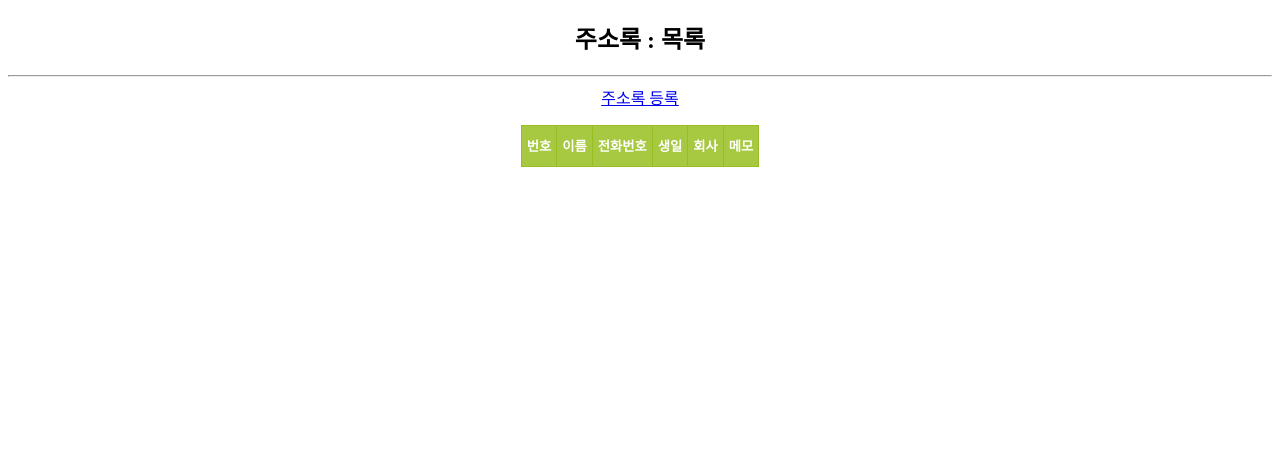
Repository: BeigeBear/TEST
Page: http://localhost/Addrbook/WebContents/addrbook_list.jsp
An editor plug-in stored every save of this project. The page is shown before and after the next save, followed by the edit.
The browser window is 1280 px wide. The pictures show the whole page.
The page is served by Tomcat 9. Nobody is signed in. The application's start-up code is not run. Other server files are loaded and not shown.

Above is the page before, as saved 2022-12-06 06:06:16.

### Addrbook/WebContents/addrbook_list.jsp
<%@ page language="java" contentType="text/html; charset=UTF-8"
    pageEncoding="UTF-8"
    errorPage="addrbook_error.jsp"
    import="com.addrbook.model.*, java.util.*" %>

<jsp:useBean id="addrList" scope="request" class="java.util.ArrayList" />


<!DOCTYPE html>
<html>
<head>
	<meta charset="UTF-8">
	<link rel="stylesheet" href="addrbook.css" type="text/css" media = "screen" />
	<script>
		function check(id){
			pwd = prompt('수정/삭제 하려면 비밀번호를 넣으세요');
			document.location.href="addrbook_control.jsp?action=edit&ab_id="+ab_id+"&upasswd="+pwd;
		}
	</script>

	<title>주소록 : 목록</title>
</head>

<body>
<div align = "center">
	<h2>주소록 : 목록</h2>
	<hr>
	<a href ="addrbook_form.jsp" >주소록 등록</a><p>

	<form>
	<table border="1">
		<tr bgcolor="#99CCFF">
			<tr>
			<th>번호</th>
			<th>이름</th>
			<th>전화번호</th>
			<th>생일</th>
			<th>회사</th>
			<th>메모</th>
			</tr>

			<%
				for(AddrDto addr : (ArrayList<AddrDto>) addrList) {
			 %>
				<tr>
					<td>
						<a href="javascript:check(<%= addr.getId() %>)" >
						<%= addr.getId() %></a>
					</td>
					<td> <%=addr.getEmail() %> </td>
					<td> <%=addr.getComdept() %> </td>
					<td> <%=addr.getBirth() %> </td>
					<td> <%=addr.getTel() %> </td>
					<td> <%=addr.getMemo() %> </td>
				</tr>
			<%
				}
			%>
	</table>
	</form>

</div>
</body>

</html>

### Addrbook/WebContents/addrbook.css
@charset "UTF-8";

table{
    width :auto;
    border-collapse: collapse;
    text-align: center;
}


td, th{
    font-size: 10pt;
    border: 1px solid #98bf21;
    height: 30px;
    padding: 5px;
}

th{
    background-color: #a7c942;
    color: #ffffff;
    font-family: Georgia;
}


tr td{
    color: #000;
    background-color: #eaf2d3;
}

input{
    height: 25px;
    width: 200px;
}
input [type="submit"], [type="reset"], [type="button"]{
    height: 25px;
    width: 80px;
}

### Addrbook/WebContents/addrbook_form.jsp
<%@ page language="java" contentType="text/html; charset=UTF-8"
    pageEncoding="UTF-8"
    errorPage="addrbook_error.jsp"
    import="com.addrbook.model.*, java.util.*" %>

<!DOCTYPE html>
<html>
<head>
	<meta charset="UTF-8">
	<title>주소록 : 작성화면</title>
	<link rel="stylesheet" href = "addrbook.css" type="text/css" media = "screen" />
</head>

<body>
<div align="center">
	<h2>주소록 : 작성화면</h2>
	<hr>
	<a href=index.jsp>[ 주소록 목록으로 ]</a><p>
	<form name = form1 method=post action= >
	<input type="hidden" name="action" value="insert">
	<table border="1">
		<tr>
		<th>이름</th>
		<td><input type="text" name = "name" maxlength="15"></td>
		</tr>

		<tr>
		<th>이메일</th>
		<td><input type="text" name = "email" maxlength="50"></td>
		</tr>

		<tr>
		<th>전화번호</th>
		<td><input type="text" name = "tel" maxlength="20"></td>
		</tr>

		<tr>
		<th>생일</th>
		<td><input type="date" name = "birth"></td>
		</tr>

		<tr>
		<th>회사</th>
		<td><input type="text" name = "comdept" maxlength="20"></td>
		</tr>

		<tr>
		<th>메모</th>
		<td><input type="text" name = "memo"></td>
		</tr>

		<tr>
		<td colspan=2 align=center>
		<input type = "submit" value="저장">
		<input type = "reset" value="취소">
		</td>
		</tr>
	</table>
	</form>
</div>

</body>
</html>

After the next save:
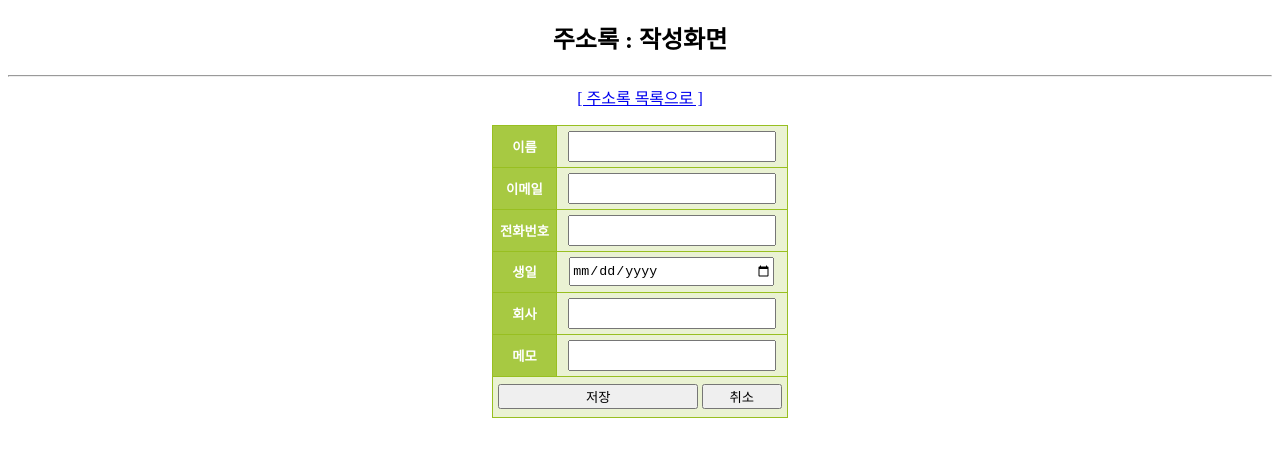
Saved 5 min 50 s later.
--- a/Addrbook/WebContents/addrbook_list.jsp
+++ b/Addrbook/WebContents/addrbook_list.jsp
@@ -25,7 +25,7 @@
 <div align = "center">
 	<h2>주소록 : 목록</h2>
 	<hr>
-	<a href ="addrbook_form.jsp" >주소록 등록</a><p>
+	<a href = "<jsp:forward page="addrbook_form.jsp" />" >주소록 등록</a> <p>
 
 	<form>
 	<table border="1">

After the 4 saves that followed:
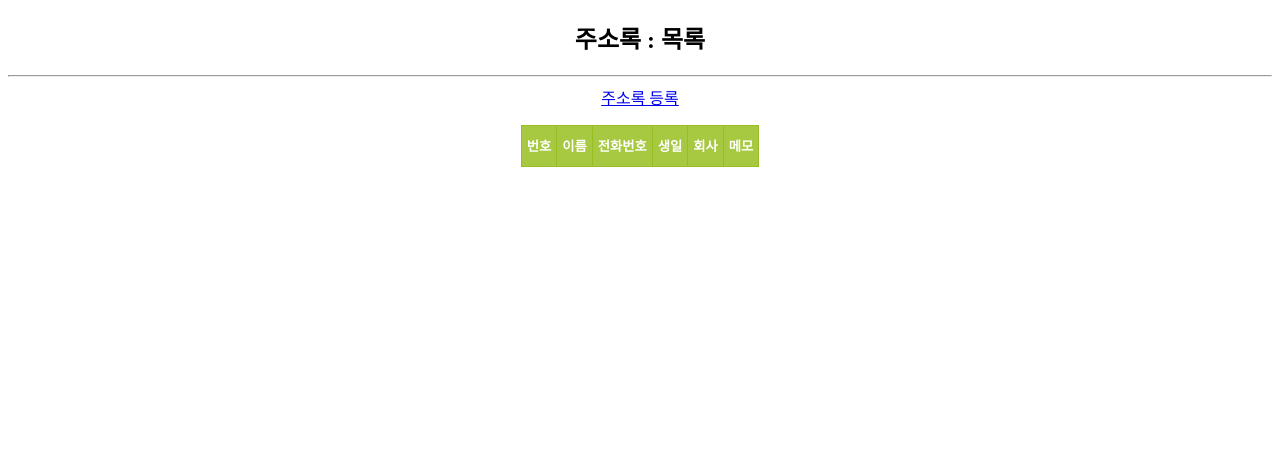
The 4 saves are shown as one change because 3 left the picture as it was.
The last was saved 3 min 57 s later.
--- a/Addrbook/WebContents/addrbook_list.jsp
+++ b/Addrbook/WebContents/addrbook_list.jsp
@@ -25,7 +25,7 @@
 <div align = "center">
 	<h2>주소록 : 목록</h2>
 	<hr>
-	<a href = "<jsp:forward page="addrbook_form.jsp" />" >주소록 등록</a> <p>
+	<a href ="addrbook_form.jsp" >주소록 등록</a><p>
 
 	<form>
 	<table border="1">
